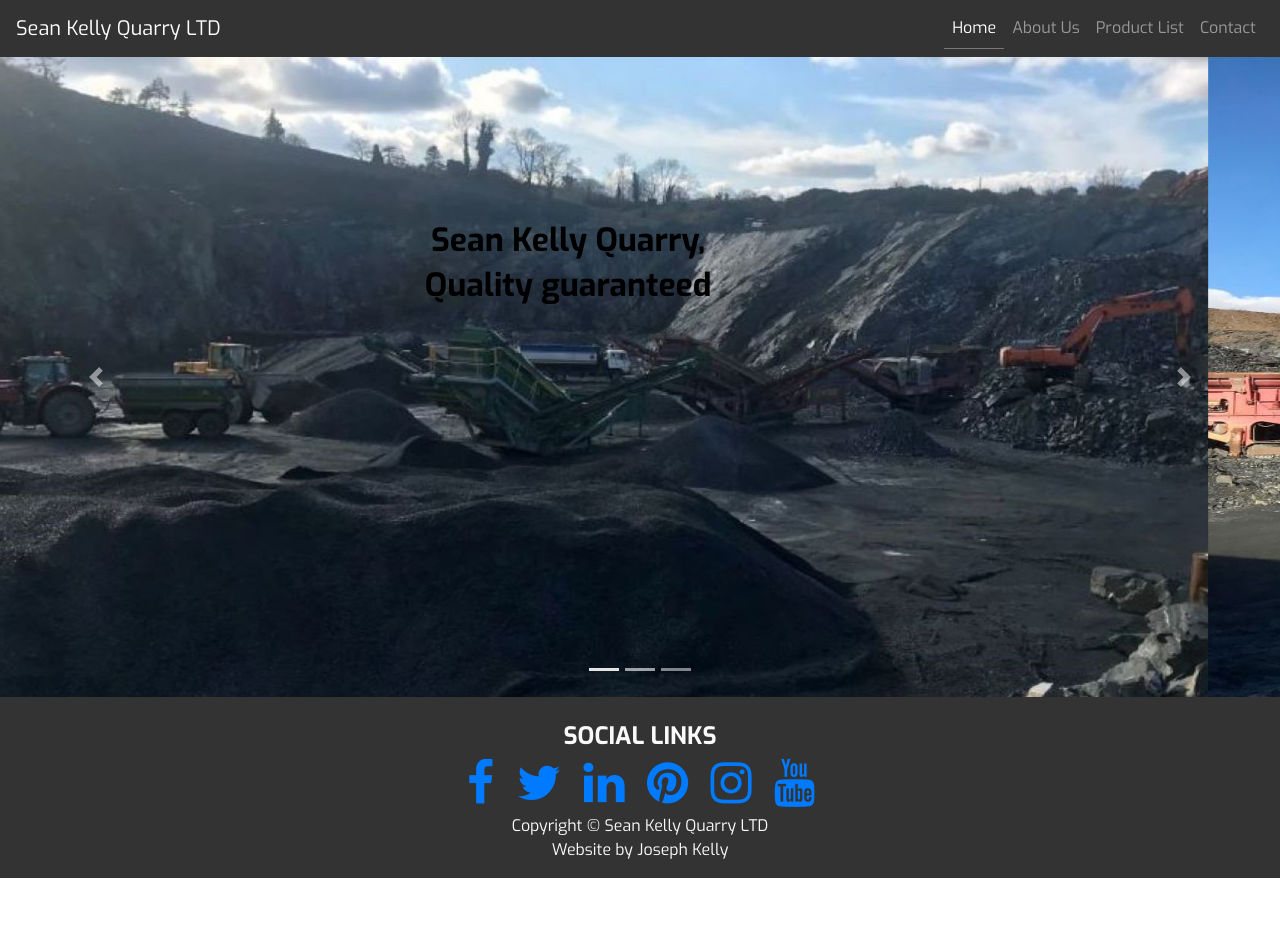
Repository: Code-Institute-Submissions/Sean-Kelly-Quarry
Page: index.html
The author's editor kept a record of every edit. The page is drawn from the files as they stood at one moment, then again after the next edit.
The browser window is 1280 px wide. The pictures show the whole page.

Above is the page before.

After the next edit:
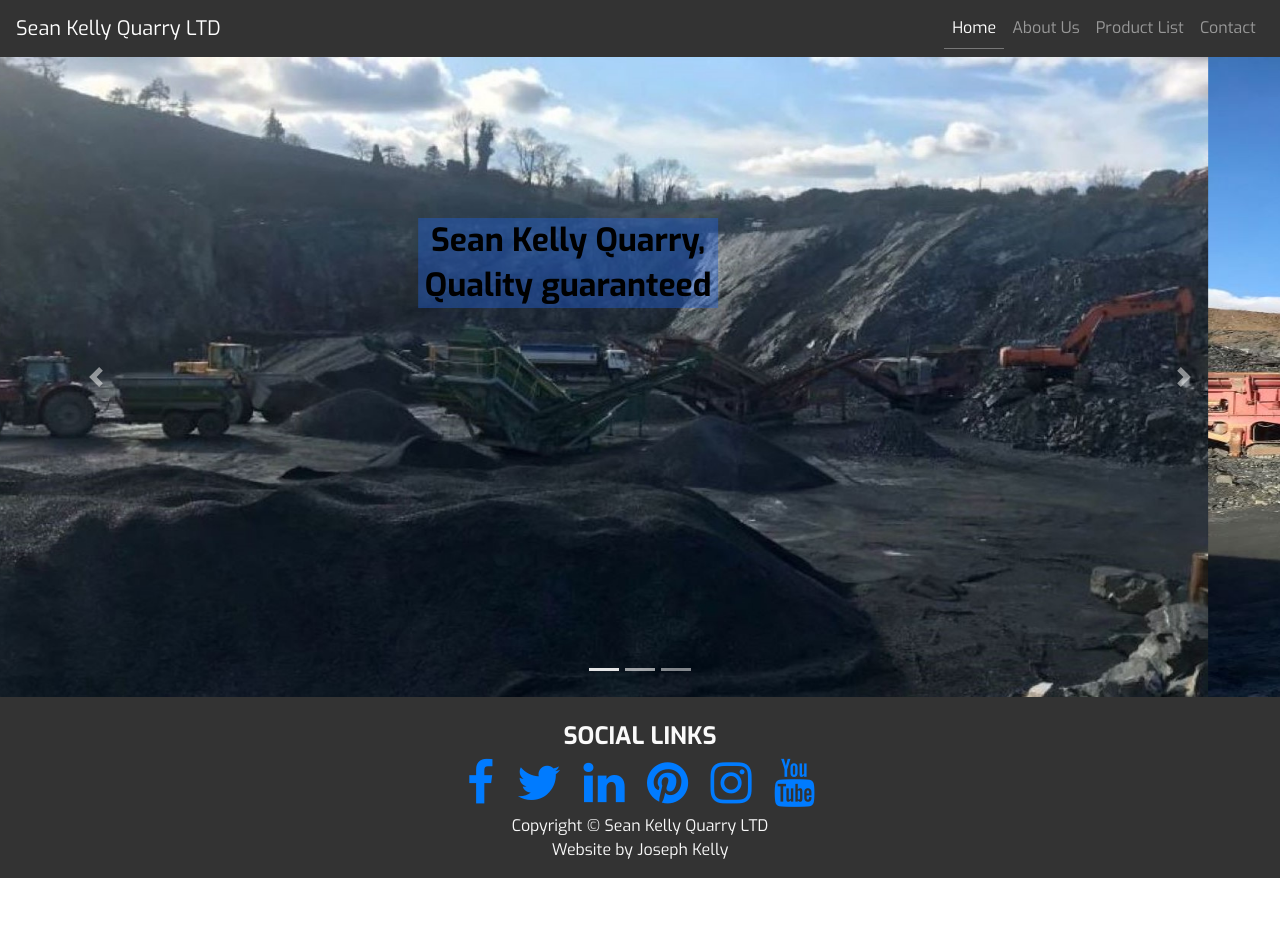
The edit:
--- a/assets/css/style.css
+++ b/assets/css/style.css
@@ -40,6 +40,12 @@
   z-index: 10;
 }
 
+.caption {
+    background-color: rgb(30, 97, 222, 0.4);
+    width: 300px;
+    margin-left: auto;
+    margin-right: auto;
+}
 
 .carousel-item {
   height: 40rem;
